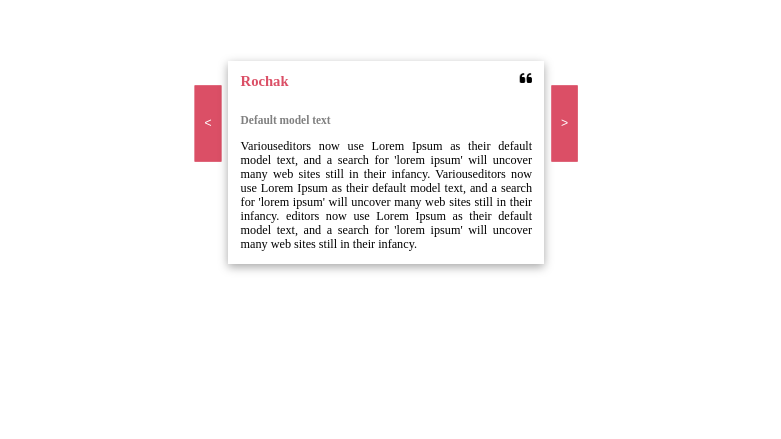
Repository: AVINKUMARP/gifts
Page: demo2.html
An editor plug-in stored every save of this project. The page is shown before and after the next save, followed by the edit.
The browser window is 1280 px wide. The pictures show the whole page, at 61% of full size.

Above is the page before, as saved 2023-08-24 14:31:27.

After the next save:
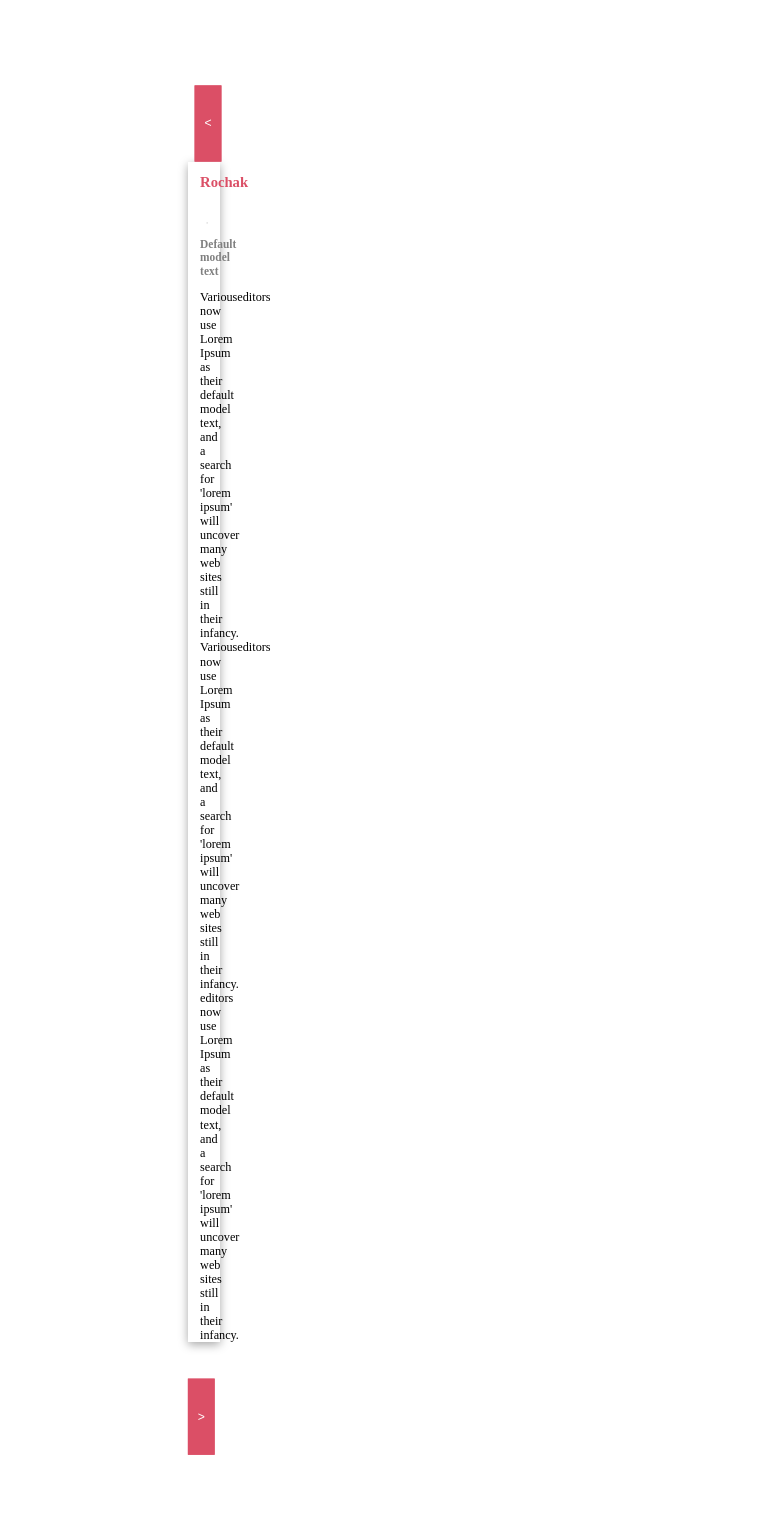
Saved 62 s later.
--- a/demo2.html
+++ b/demo2.html
@@ -94,8 +94,8 @@
 <body>
     <div class="container">
 
-        <div class="cbutl"><button><</button>
-        </div>
+        <span class="cbutl"><button><</button>
+
         <div class="cpara">
             <div class="csub">
                 <div class="ch">

After the save that followed:
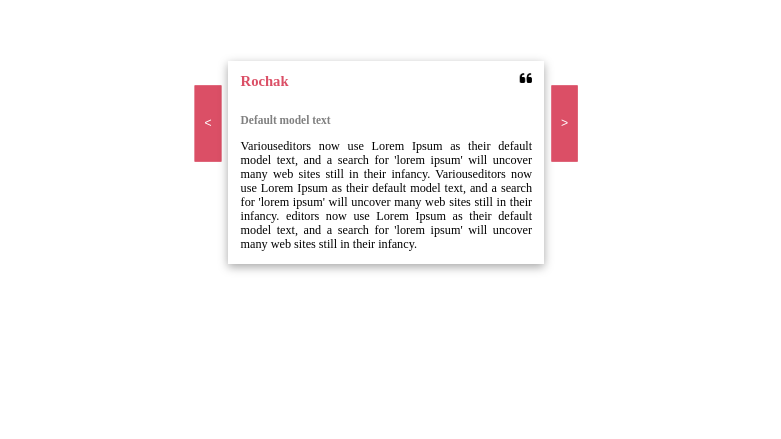
Saved 20 s later.
--- a/demo2.html
+++ b/demo2.html
@@ -94,8 +94,8 @@
 <body>
     <div class="container">
 
-        <span class="cbutl"><button><</button>
-
+        <div class="cbutl"><button><</button>
+        </div>
         <div class="cpara">
             <div class="csub">
                 <div class="ch">
